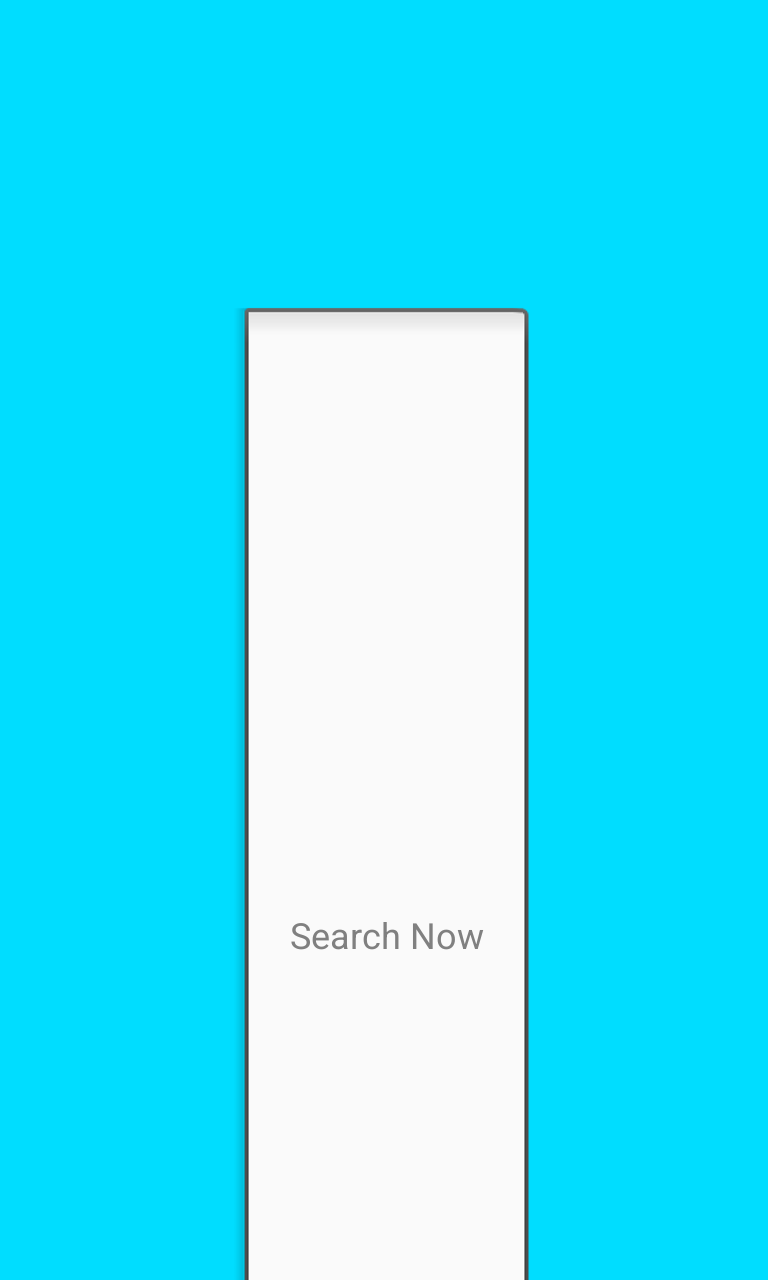
Repository: scottcaruso/Java_I_1307_Week4
Layout: myGov/res/layout/main_screen.xml
These files come from the project's save history. The layout is drawn as it stood at one moment and after the next save; the edit follows.
It is drawn on a 768 x 1280 px phone screen (xhdpi) without system bars, with theme AppTheme; the app's code is not run.

Above is the layout before, as saved 2013-08-02 00:43:13.

After the next save:
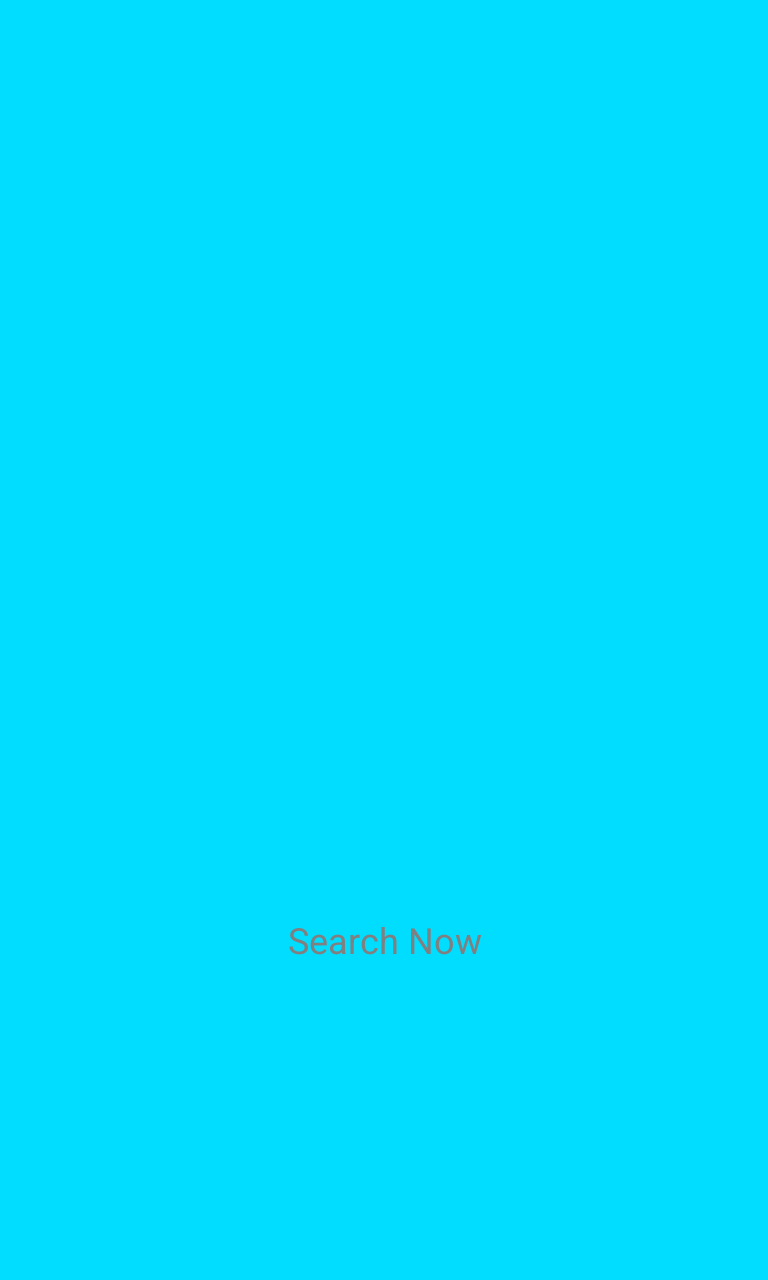
Saved 6 s later.
--- a/myGov/res/layout/main_screen.xml
+++ b/myGov/res/layout/main_screen.xml
@@ -26,6 +26,7 @@
         android:layout_width="150dp"
         android:layout_height="match_parent"
         android:layout_gravity="center"
+         android:background="#00ddff"
         android:hint="@string/search_now" />
 
     <Button
@@ -36,6 +37,7 @@
         android:layout_gravity="center"
         android:layout_marginTop="100dp"
         android:gravity="center"
+         android:background="#00ddff"
         android:hint="@string/view_saved_politicians" />
 
 </LinearLayout>

After the save that followed:
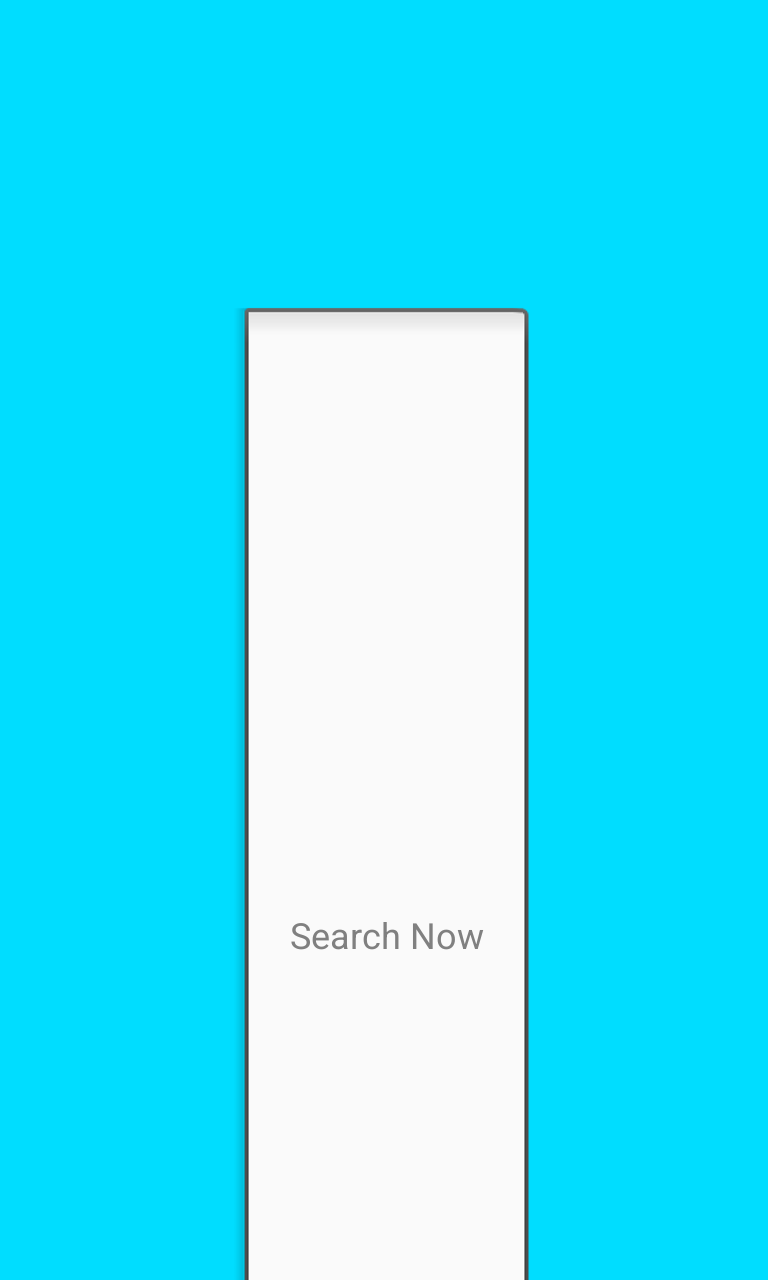
Saved 5 s later.
--- a/myGov/res/layout/main_screen.xml
+++ b/myGov/res/layout/main_screen.xml
@@ -17,7 +17,6 @@
         android:hint="@string/enter_zip"
         android:inputType="number"
         android:textStyle="bold"
-         android:background="#00ddff"
         android:maxLength="5" />
 
     <Button
@@ -26,7 +25,6 @@
         android:layout_width="150dp"
         android:layout_height="match_parent"
         android:layout_gravity="center"
-         android:background="#00ddff"
         android:hint="@string/search_now" />
 
     <Button
@@ -37,7 +35,6 @@
         android:layout_gravity="center"
         android:layout_marginTop="100dp"
         android:gravity="center"
-         android:background="#00ddff"
         android:hint="@string/view_saved_politicians" />
 
 </LinearLayout>
